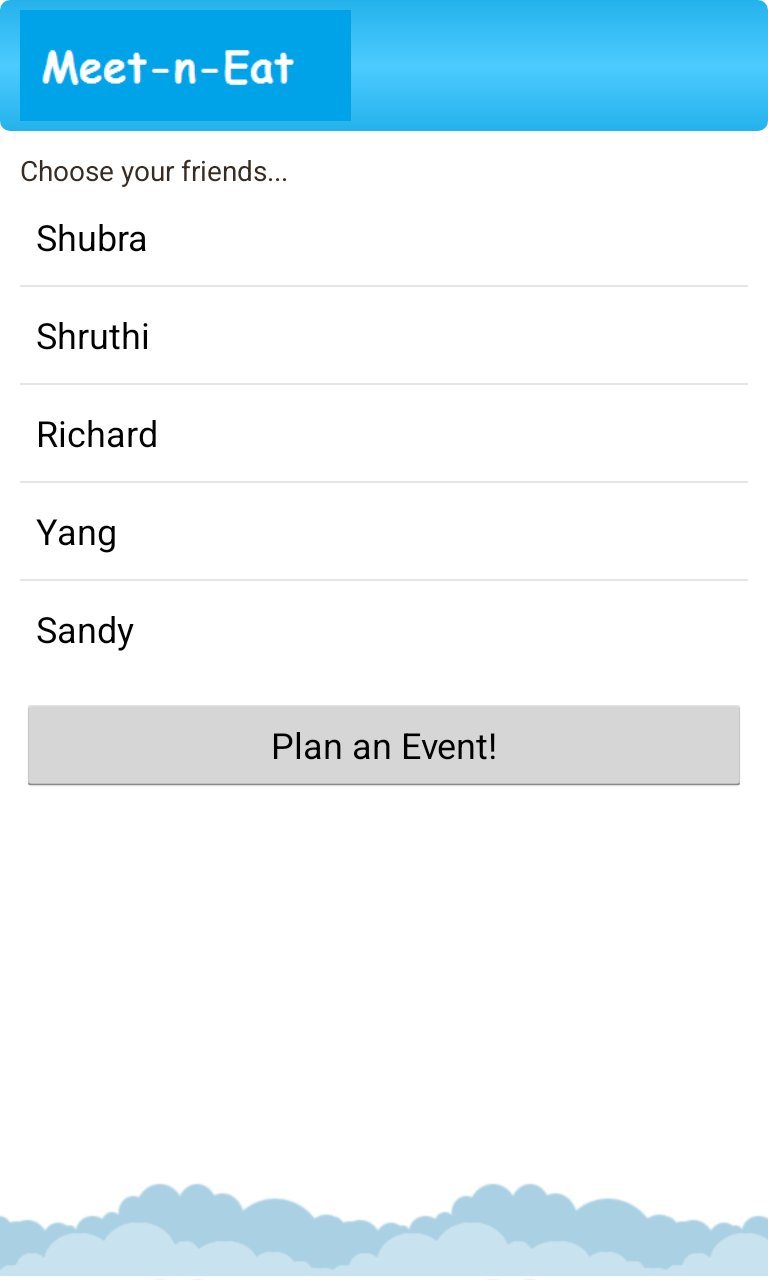
Repository: shubra-shetty/MasterProject
Layout: finalprojecttry1/finalproject_try1/res/layout/home.xml
An editor plug-in stored every save of this project. The layout is shown before and after the next save, followed by the edit.
It is drawn on a 768 x 1280 px phone screen (xhdpi) without system bars, with theme AppTheme; the app's code is not run. Lists and similar views that code fills are empty.

Above is the layout before, as saved 2014-11-20 06:05:20.

After the next save:
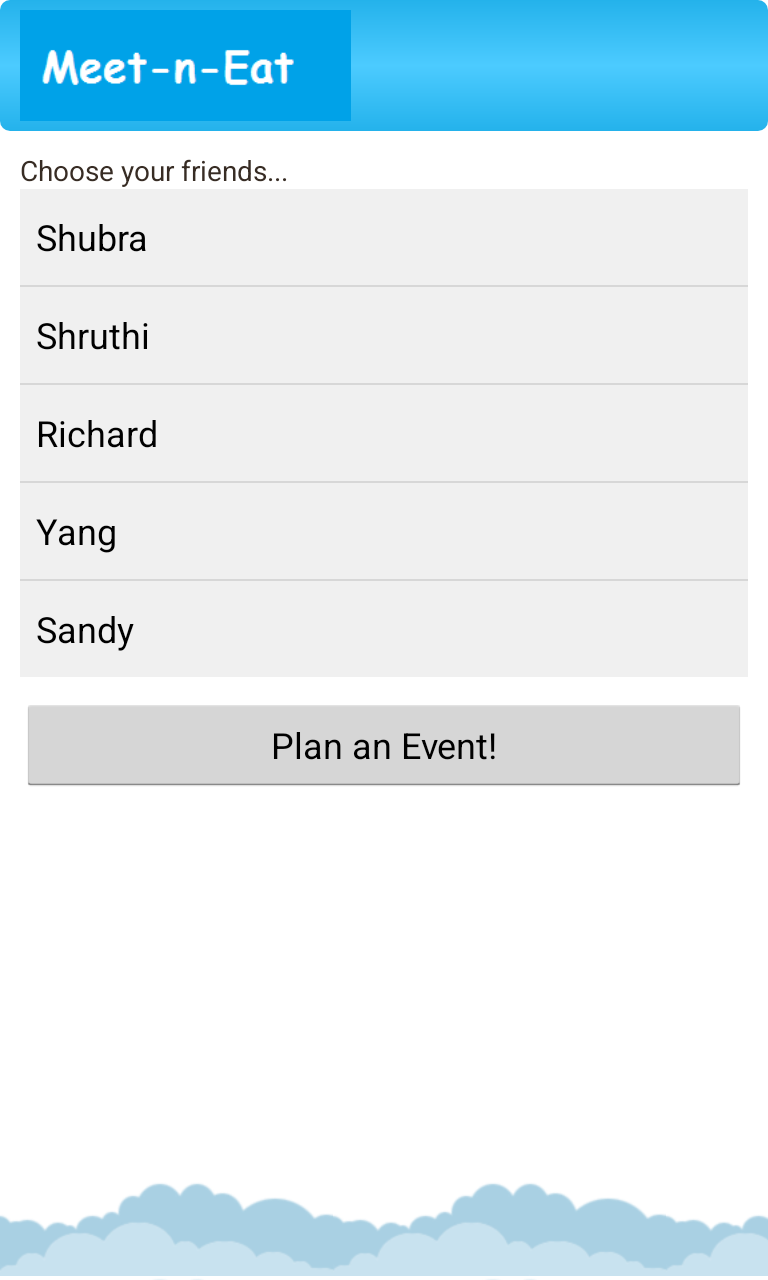
Saved 8 s later.
--- a/finalprojecttry1/finalproject_try1/res/layout/home.xml
+++ b/finalprojecttry1/finalproject_try1/res/layout/home.xml
@@ -58,7 +58,7 @@
         android:layout_height="match_parent"
         android:entries="@array/friends"
         android:drawSelectorOnTop="false"
-        android:background="#00000000"/>
+        android:background="#0f000000"/>
 
 		  <!-- Plan an Event button -->
 		  <Button android:id="@+id/btnPlan"
